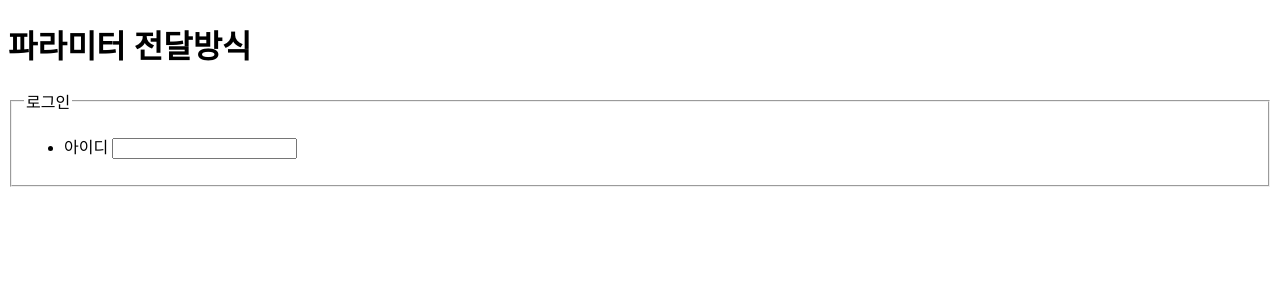
Repository: ghs0814/jsp-workspace
Page: http://localhost/ServletProject/login/loginForm.jsp
These files come from the project's save history. The page is drawn as it stood at one moment and after the next save; the edit follows.
The browser window is 1280 px wide. The pictures show the whole page.
The page is served by Tomcat 9.

Above is the page before, as saved 2026-05-20 03:17:11.

After the next save:
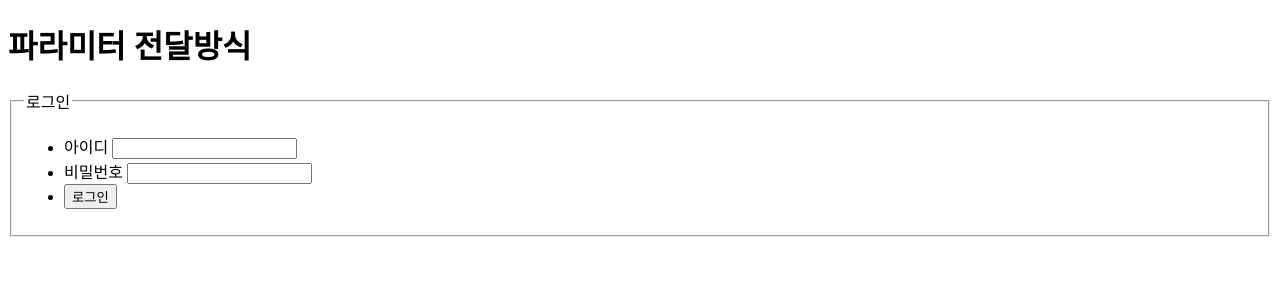
Saved 43 s later.
--- a/ServletProject/src/main/webapp/login/loginForm.jsp
+++ b/ServletProject/src/main/webapp/login/loginForm.jsp
@@ -16,6 +16,13 @@
 					<label>아이디</label>
 					<input type = "text" name = "userid">
 				</li>
+				<li>
+					<label>비밀번호</label>
+					<input type = "password" name = "userid">
+				</li>
+				<li>
+					<input type="submit" value = "로그인" >
+				</li>
 			</ul>
 		</fieldset>
 
